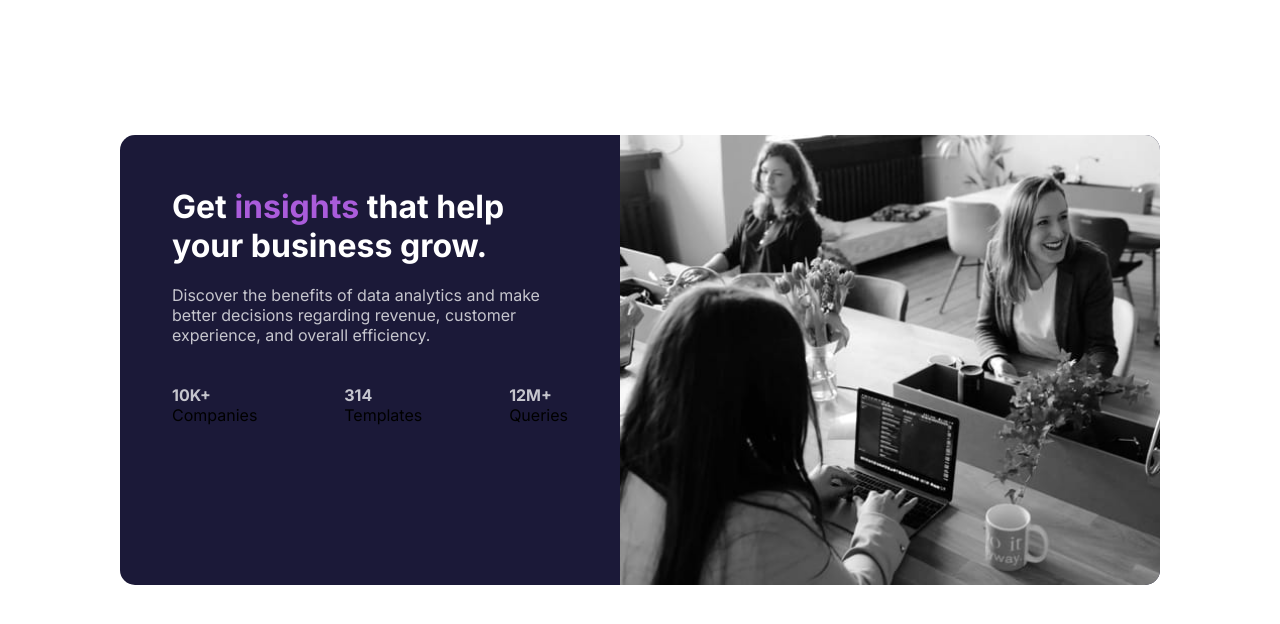
Repository: keisewarsame/stats-preview-frontendmentor
Page: index.html
An editor plug-in stored every save of this project. The page is shown before and after the next save, followed by the edit.
The browser window is 1280 px wide. The pictures show the whole page.

Above is the page before, as saved 2022-07-12 13:00:06.

After the next save:
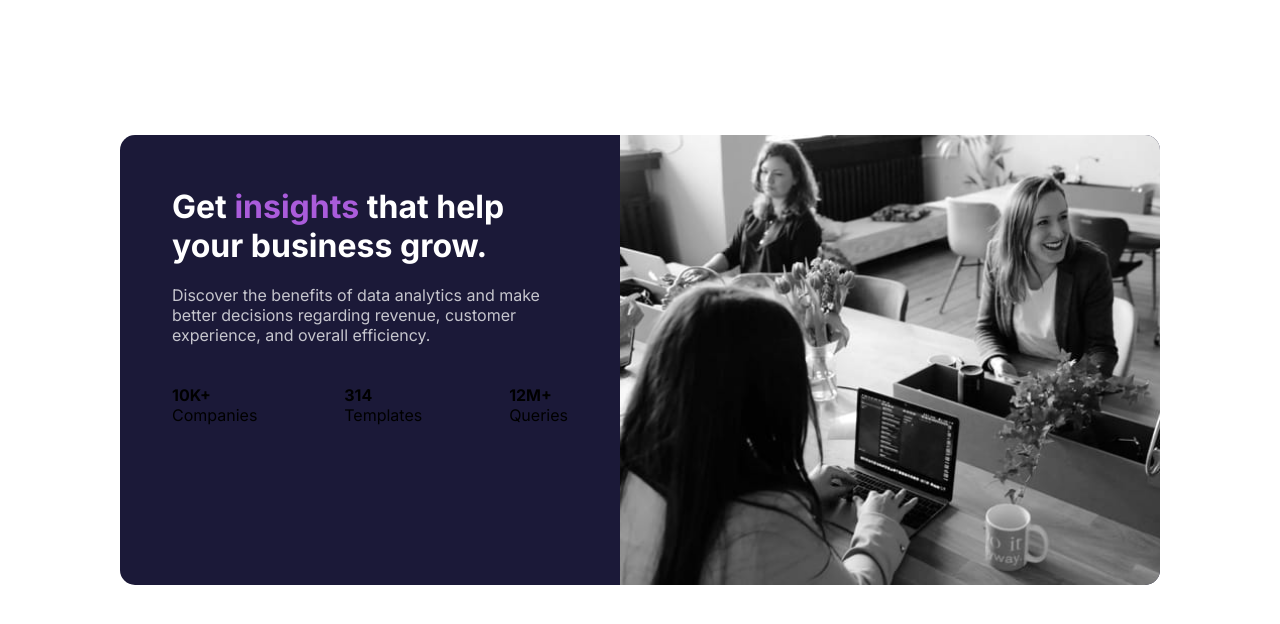
Saved 6 s later.
--- a/styles.css
+++ b/styles.css
@@ -49,7 +49,8 @@ body {
 }
 
 .num {
-    color: hsla(0, 0%, 100%, 0.75);
+    color:     color: hsl(0, 0%, 100%);
+
     font-weight: 700;
 }
 
